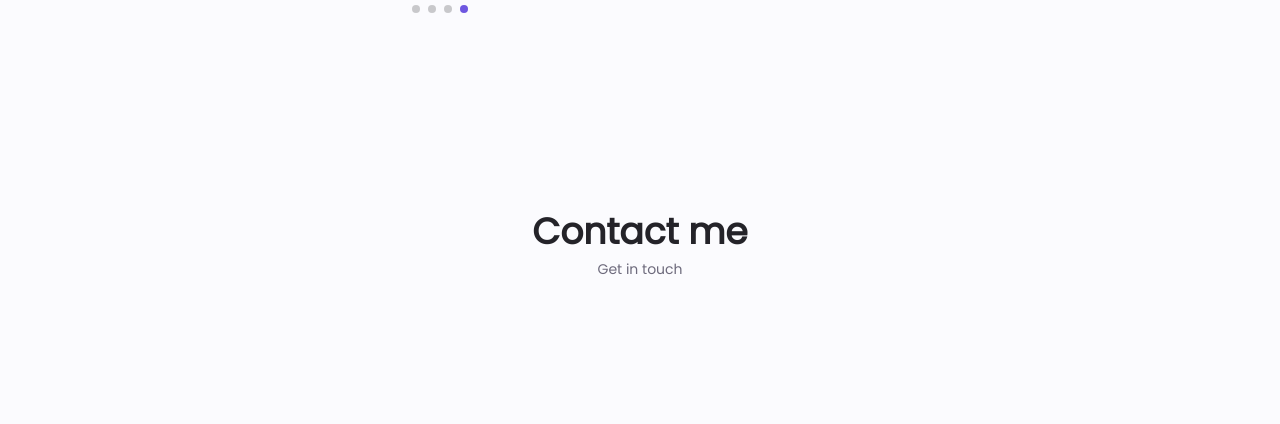
Repository: Datt21/portfolio
Page: index.html
The author's editor kept a copy of each file at every save. The page is drawn from the files as they stood at one save, then again after the next save.
The browser window is 1280 px wide. The pictures show the part of the page from y = 3217 to 3803 px (the page is 3641 px tall before and 3803 px after).
Some icons come from a web library that is not loaded, so they are not drawn. A picture or video elsewhere on the page could not be fetched, so the positions and the page height are approximate.

Above is the page before, as saved 2021-07-12 00:44:54.

After the next save:
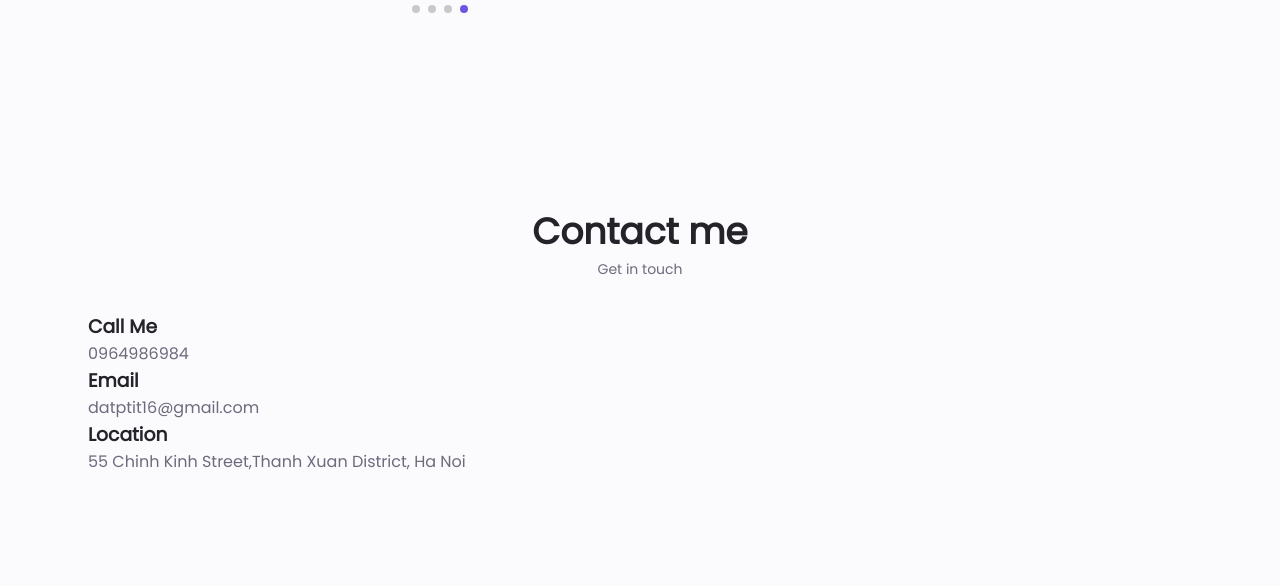
Saved 9 min 36 s later.
--- a/index.html
+++ b/index.html
@@ -474,6 +474,37 @@
             <section class="contact section" id="contact">
                 <h2 class="section__title">Contact me</h2>
                 <span class="section__subtitle">Get in touch</span>
+
+                <div class="contact__container container grid">
+                    <div>
+                        <div class="contact__information">
+                            <i class="uil uil-phone contact__icon"></i>
+
+                            <div>
+                                <h3 class="contact__title">Call Me</h3>
+                                <span class="contact__subtitle">0964986984</span>
+                            </div>
+                        </div>
+
+                        <div class="contact__information">
+                            <i class="uil uil-envelope contact__icon"></i>
+
+                            <div>
+                                <h3 class="contact__title">Email</h3>
+                                <span class="contact__subtitle">datptit16@gmail.com</span>
+                            </div>
+                        </div>
+
+                        <div class="contact__information">
+                            <i class="uil uil-map-marker contact__icon"></i>
+
+                            <div>
+                                <h3 class="contact__title">Location</h3>
+                                <span class="contact__subtitle"> 55 Chinh Kinh Street,Thanh Xuan District, Ha Noi </span>
+                            </div>
+                        </div>
+                    </div>
+                </div>
             </section>
 
 
